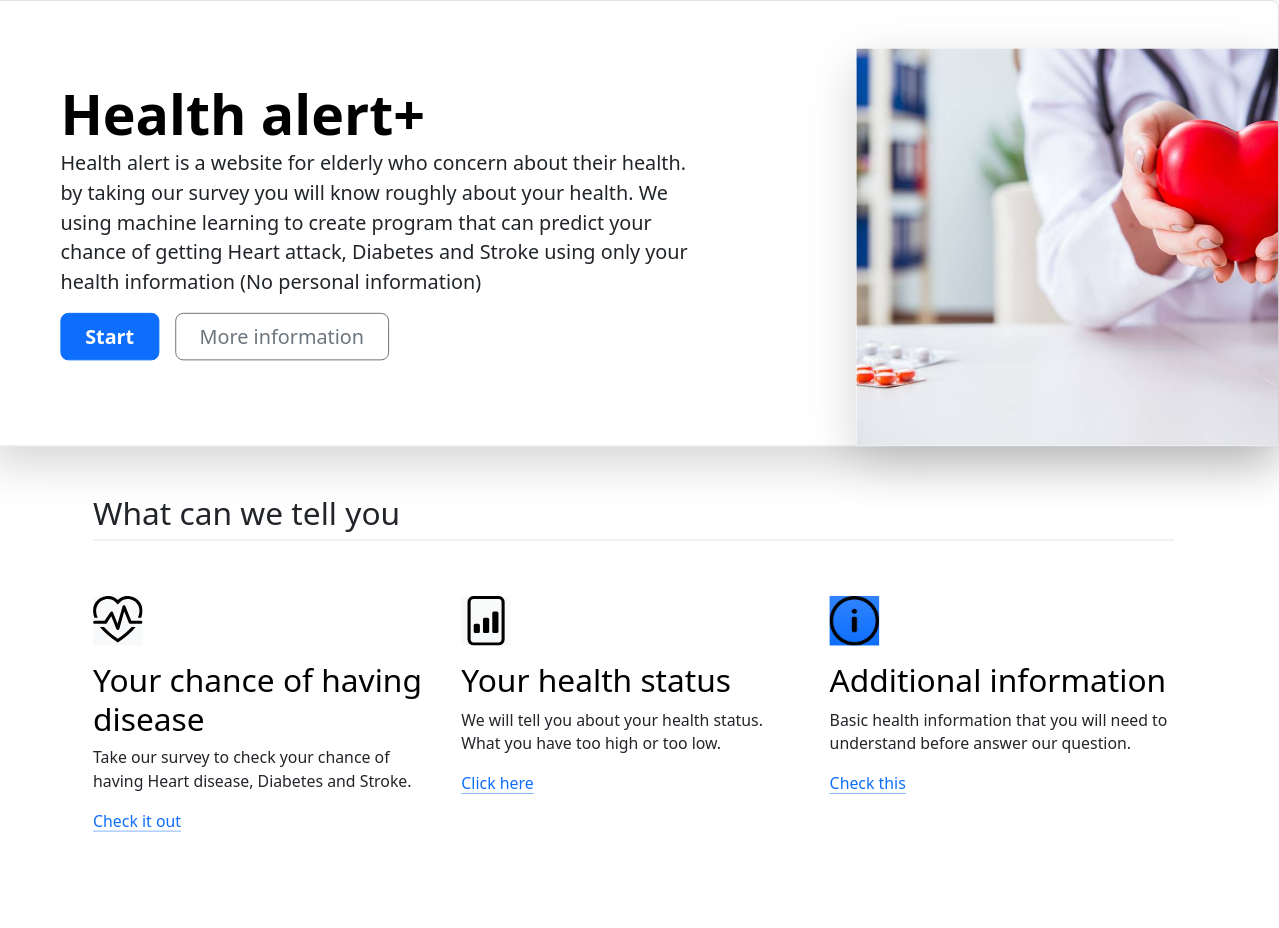
Repository: aneforollll/webapp
Page: index.html
These files come from the project's save history. The page is drawn as it stood at one moment and after the next save; the edit follows.
The browser window is 1280 px wide. The page is 1292 px wide, so the pictures cover 1292 px, including what lies to the right of the window. The pictures show the whole page, at 99% of full size.

Above is the page before, as saved 2024-01-09 09:35:44.

After the next save:
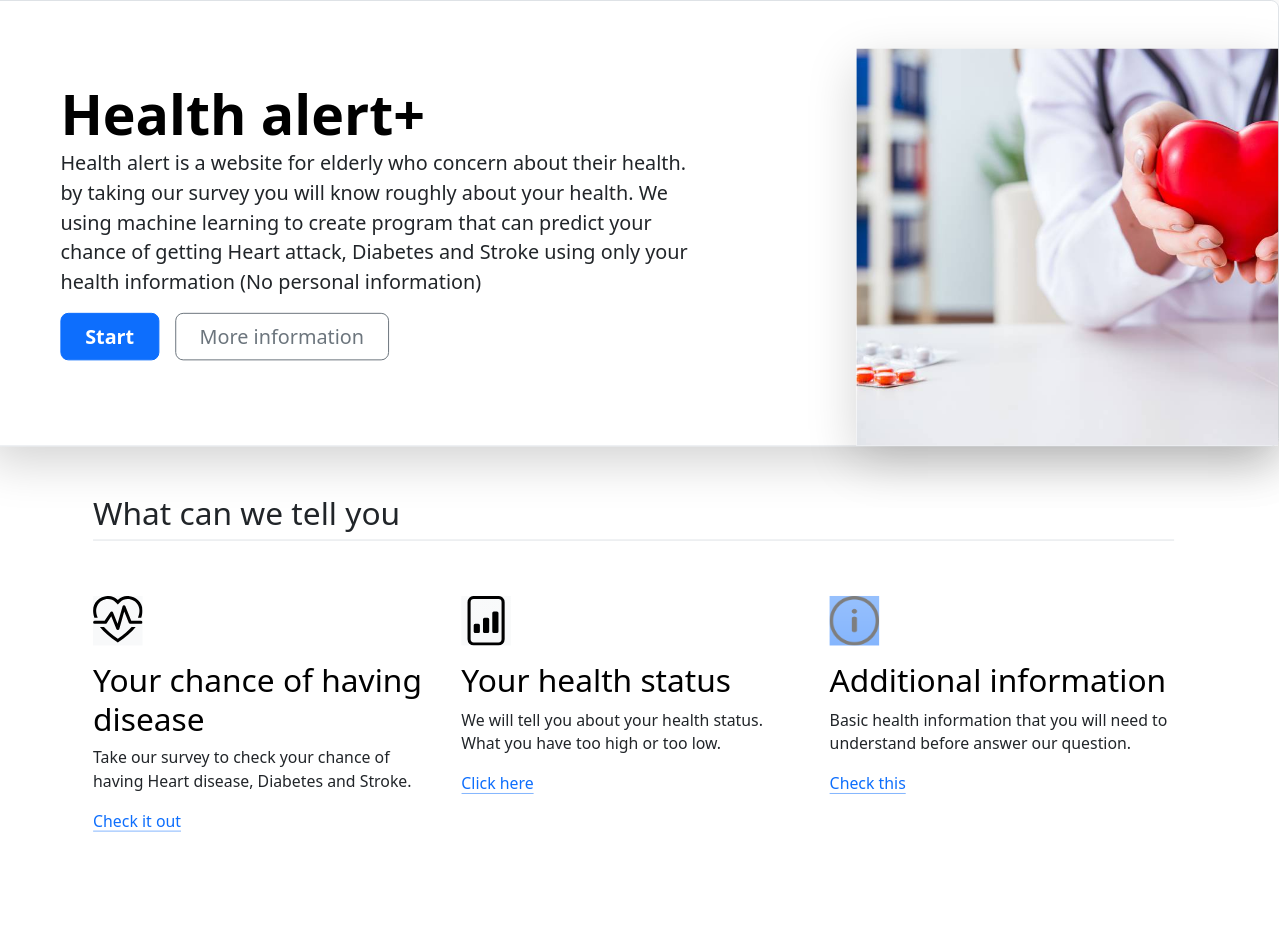
Saved 37 s later.
--- a/index.html
+++ b/index.html
@@ -56,7 +56,7 @@
             </a>
           </div>
           <div class="feature col">
-            <div class="img d-inline-flex align-items-center justify-content-center text-bg-primary bg-gradient fs-2 mb-3">
+            <div class="placeholder d-inline-flex align-items-center justify-content-center text-bg-primary bg-gradient fs-2 mb-3">
               <img class="rounded" src="images/info.png" width="50" height="50" fill="light" >
             </div>
             <h3 class="fs-2 text-body-emphasis">Additional information</h3>

After the save that followed:
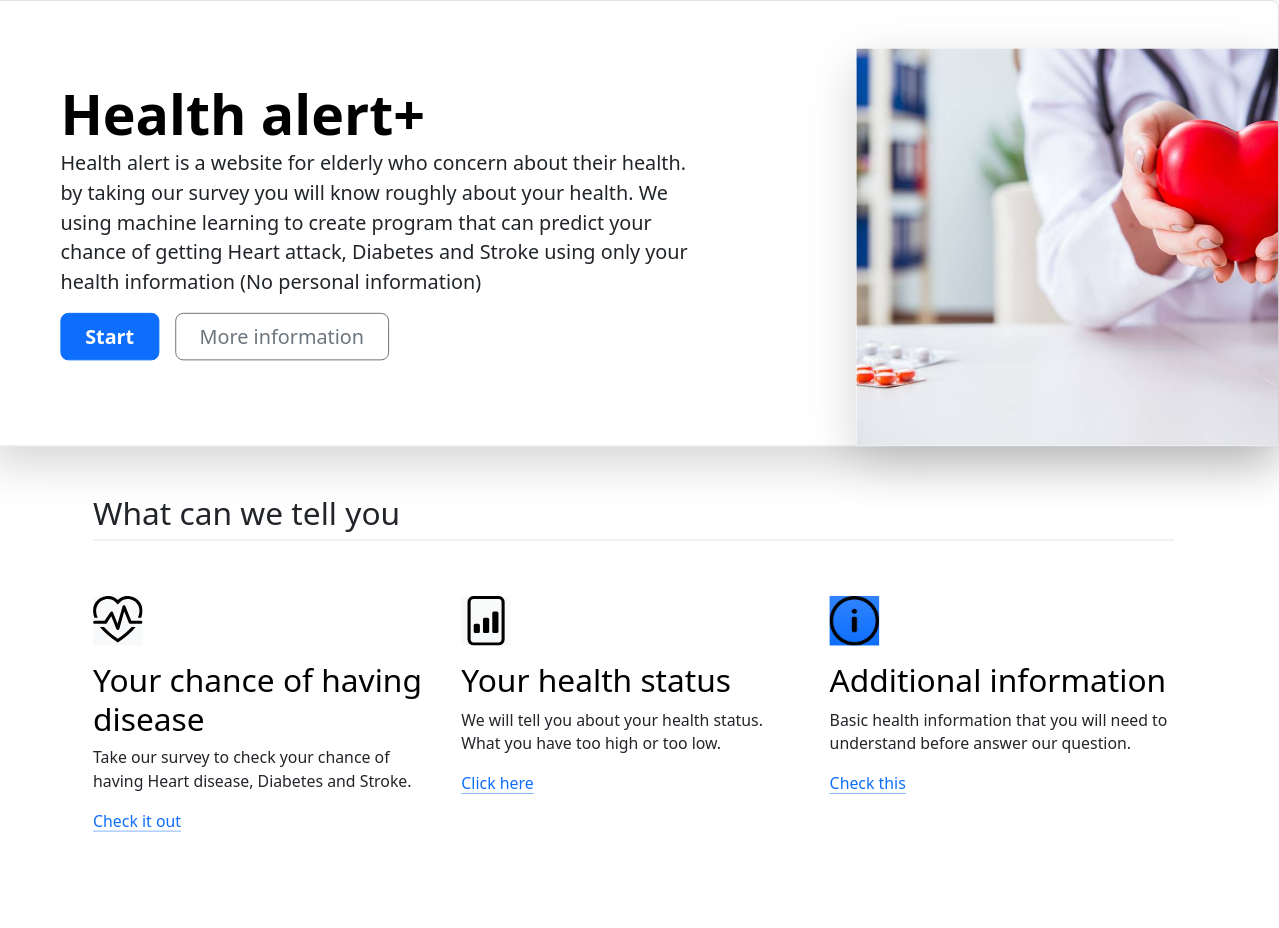
Saved 34 s later.
--- a/index.html
+++ b/index.html
@@ -56,7 +56,7 @@
             </a>
           </div>
           <div class="feature col">
-            <div class="placeholder d-inline-flex align-items-center justify-content-center text-bg-primary bg-gradient fs-2 mb-3">
+            <div class="feature-icon d-inline-flex align-items-center justify-content-center text-bg-primary bg-gradient fs-2 mb-3">
               <img class="rounded" src="images/info.png" width="50" height="50" fill="light" >
             </div>
             <h3 class="fs-2 text-body-emphasis">Additional information</h3>
